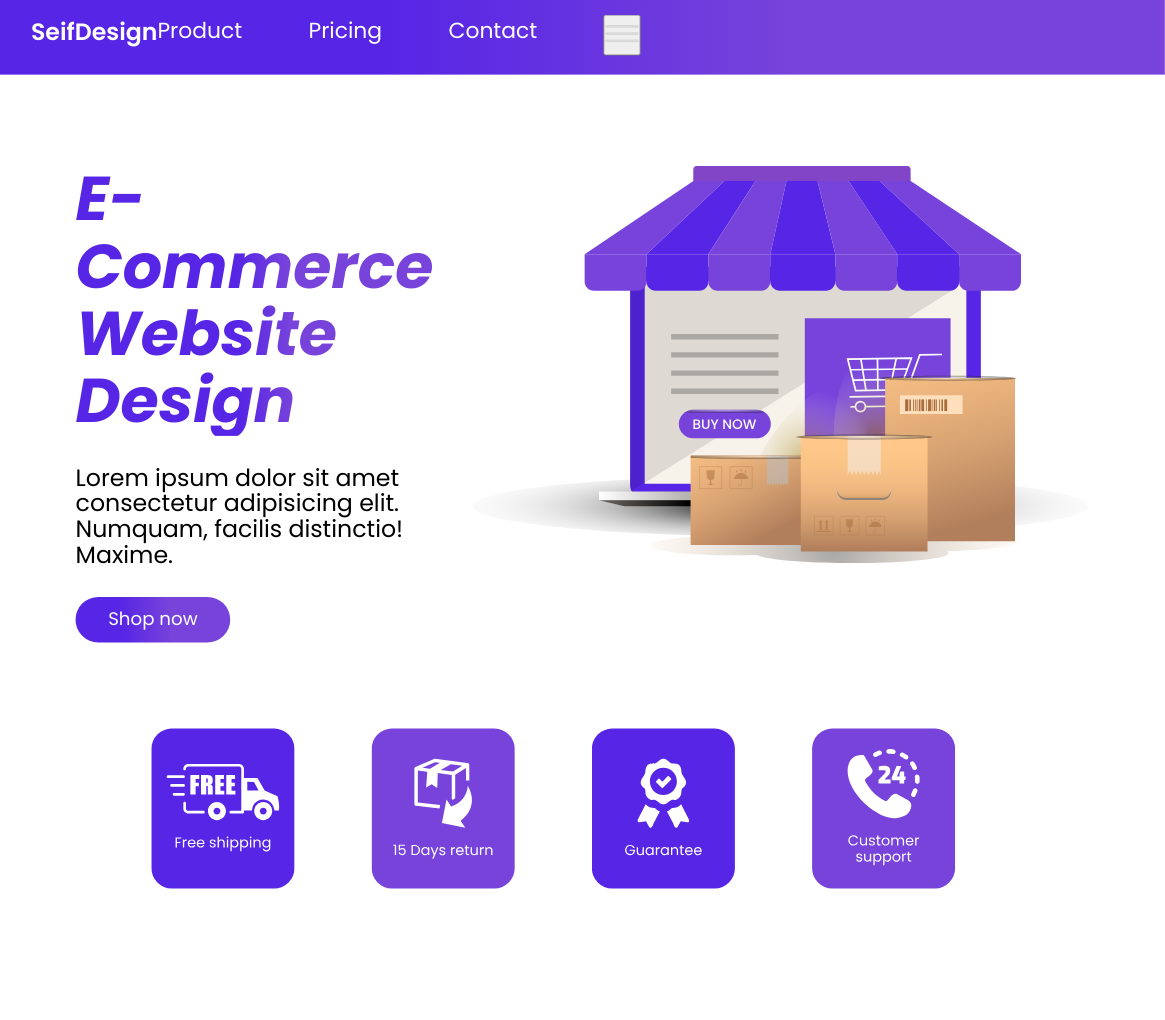
Repository: NatiqSamiyev/commers-desing-JS
Page: index.html
The author's editor kept a copy of each file at every save. The page is drawn from the files as they stood at one save, then again after a run of saves.
The browser window is 1280 px wide. The pictures show the whole page, at 91% of full size.
Some web fonts or font styles are not loaded; a fallback is used.

Above is the page before, as saved 2023-11-06 11:57:42.

After the next 3 saves:
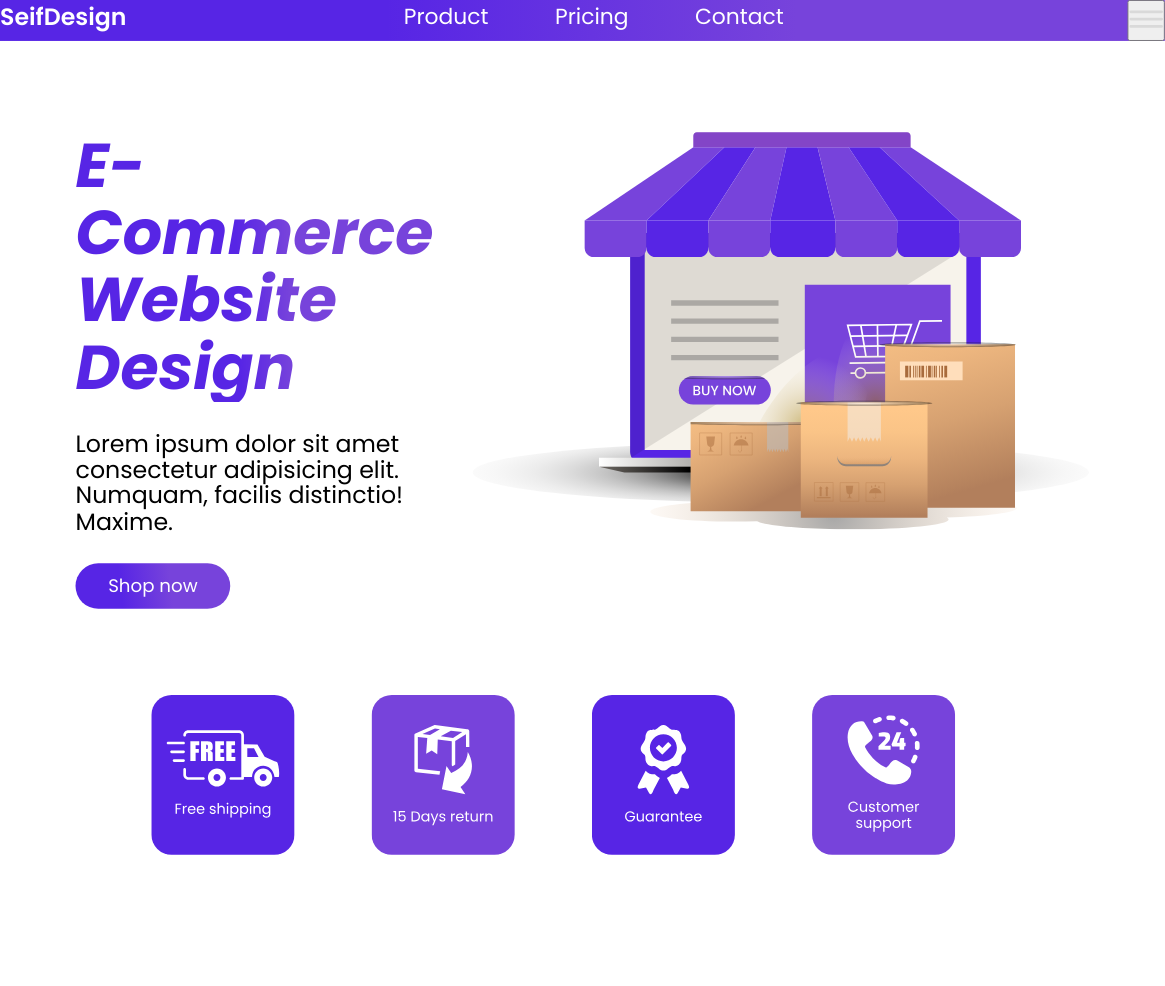
The 3 saves are shown as one change because they came seconds apart.
The last was saved 13 s later.
--- a/index.css
+++ b/index.css
@@ -14,11 +14,11 @@
 
 .top-container {
   width: 100%;
-  padding: 16px 0 21px 34px;
-
-  display: flex;
-
-  align-items: center;
+  /* padding: 16px 0 21px 34px; */
+
+  /* display: flex; */
+
+  /* align-items: center; */
   background: linear-gradient(270deg, #7743db 31.64%, #5725e5 66.78%);
 }
 

After the save that followed:
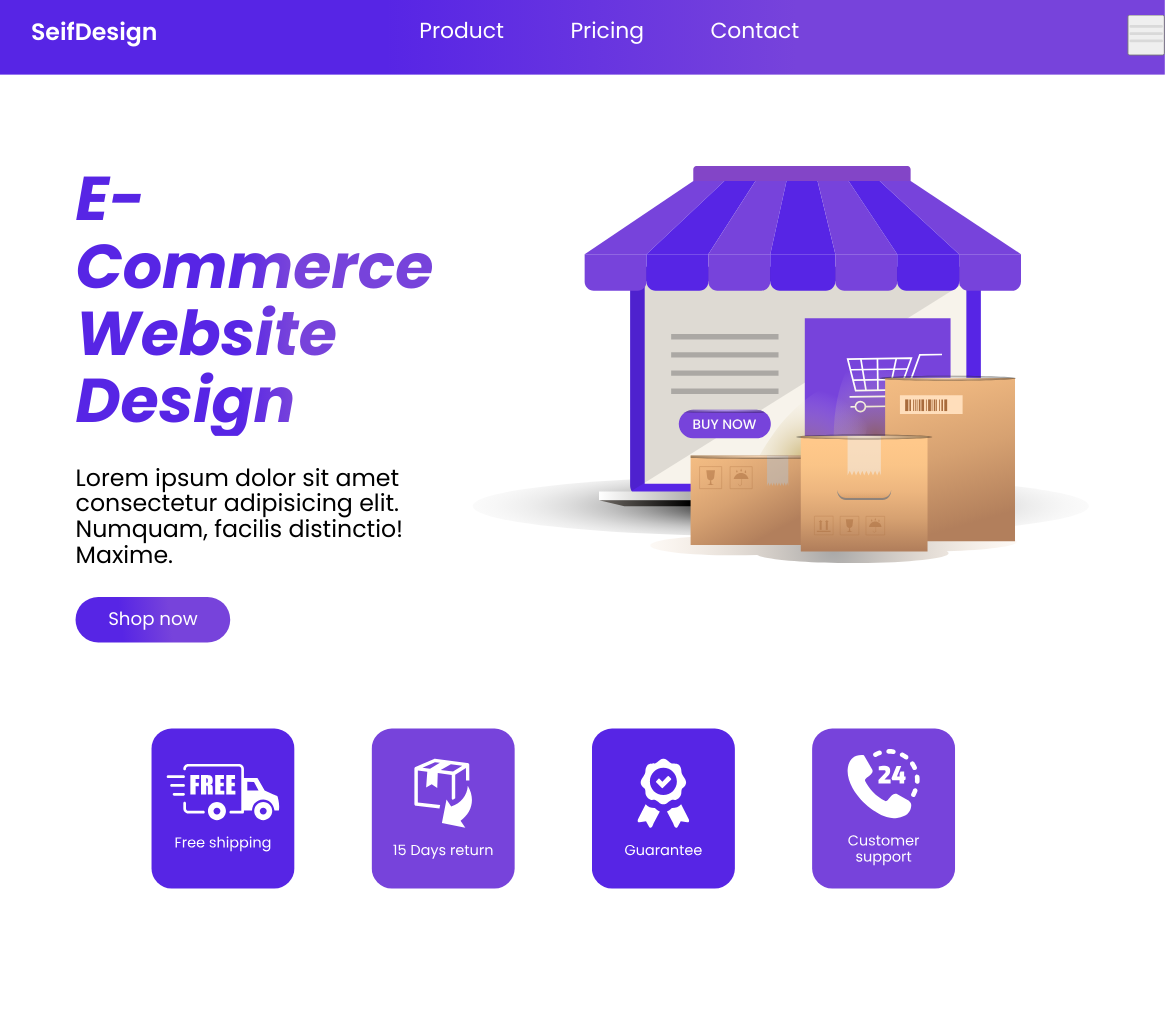
Saved 13 s later.
--- a/index.css
+++ b/index.css
@@ -14,7 +14,7 @@
 
 .top-container {
   width: 100%;
-  /* padding: 16px 0 21px 34px; */
+  padding: 16px 0 21px 34px;
 
   /* display: flex; */
 
